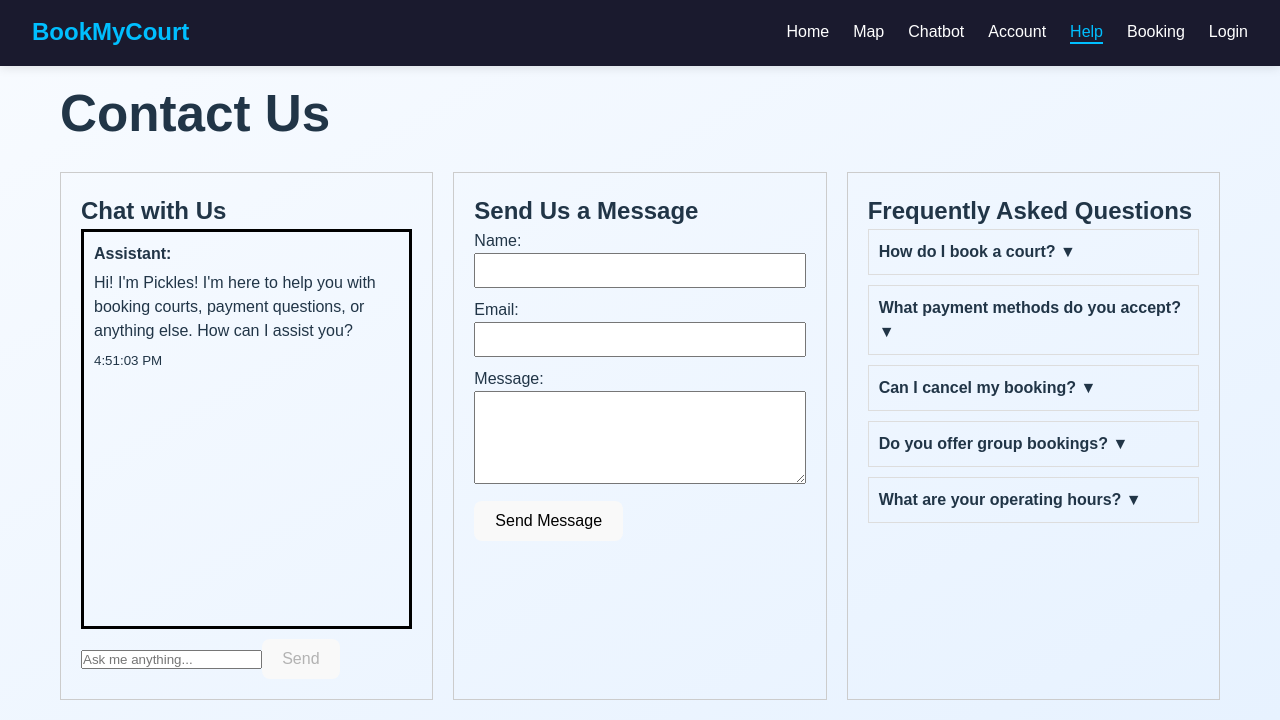
Repository: beyondparthiv/webdev-finalproject-bookmycourt
Page: /help (app in client/)
An editor plug-in stored every save of this project. The page is shown before and after the next save, followed by the edit.
The browser window is 1280 px wide. The pictures show the whole page.
The page's requests for data from a server got no answer. The project was rebuilt for these pictures with package versions that can differ from the ones it lists, and the page was loaded fresh each time. No one was signed in, and anything a server would have sent is missing. Also part of the build but not shown: client/vite.config.ts, client/src/pages/Home.tsx, client/src/pages/Booking.css, client/src/pages/Booking.tsx, client/src/pages/Account.tsx, client/src/pages/Login.tsx, client/src/pages/Map.tsx.

Above is the page before, as saved 2025-12-01 16:28:43.

### client/src/App.tsx
import { BrowserRouter as Router, Routes, Route } from "react-router-dom";
import Navbar from "./components/Navbar";
import Home from "./pages/Home";
import Booking from "./pages/Booking";
import Account from "./pages/Account";
import Login from "./pages/Login";
import Map from "./pages/Map";
import "./index.css";
import { Contact } from "./pages/Chatbot+Contact/Contact";

function App() {
  return (
    <Router>
      <Navbar />
      <Routes>
        <Route path="/" element={<Home />} />
        <Route path="/booking" element={<Booking />} />
        <Route path="/account" element={<Account />} />
        <Route path="/help" element={<Contact />} />
        <Route path="/login" element={<Login />} />
        <Route path="/map" element={<Map />} />
      </Routes>
    </Router>
  );
}
export default App;

### client/src/components/Navbar.tsx
import React from "react";
import { Link, useLocation } from "react-router-dom";
import "./Navbar.css";

const Navbar: React.FC = () => {
  const location = useLocation();
  return (
    <nav className="navbar">
      <div className="logo">BookMyCourt</div>
      <ul>
        <li className={location.pathname === "/" ? "active" : ""}><Link to="/">Home</Link></li>
        <li className={location.pathname === "/map" ? "active" : ""}><Link to="/map">Map</Link></li>
        <li className={location.pathname === "/chatbot" ? "active" : ""}><Link to="/chatbot">Chatbot</Link></li>
        <li className={location.pathname === "/account" ? "active" : ""}><Link to="/account">Account</Link></li>
        <li className={location.pathname === "/help" ? "active" : ""}><Link to="/contact">Help</Link></li>
        <li className={location.pathname === "/booking" ? "active" : ""}><Link to="/booking">Booking</Link></li>
        <li className={location.pathname === "/login" ? "active" : ""}><Link to="/login">Login</Link></li>
      </ul>
    </nav>
  );
};
export default Navbar;

### client/src/pages/Chatbot+Contact/Contact.tsx
import React, { useEffect, useState } from 'react';
import { Chatbot } from './Chatbot';
import { ContactForm } from './ContactForm';
import { FAQ } from './FAQ';

// Import at the top of the file
class GeminiService {
  private baseURL = 'https://generativelanguage.googleapis.com/v1beta/models';
  private apiKey: string;

  constructor(apiKey: string) {
    this.apiKey = apiKey;
  }

  async getChatResponse(userMessage: string, conversationHistory: any[]): Promise<string> {
    const url = `${this.baseURL}/gemini-2.0-flash-lite:generateContent?key=${this.apiKey}`;

    const recentHistory = conversationHistory
      .slice(-5)
      .map(msg => `${msg.role}: ${msg.content}`)
      .join('\n');

    const prompt = `You are a helpful chatbot for a pickleball court booking website.

IMPORTANT PAGES AND INFO:
- Homepage: Click "Book My Court" button to book courts
- Payment: We accept Visa, Mastercard, Apple Pay, and PayPal
- Rules Page: Has pickleball rules and guidelines
- About Page: Information about our facility
- Contact Page: Contact information and location

When users ask about:
- Booking → Tell them to go to the homepage and click "Book My Court"
- Payment → List the payment methods we accept (Visa, Mastercard, Apple Pay, PayPal)
- Rules → Tell them to visit the Rules page
- Hours/Location → Tell them to check the Contact page
- General info → Tell them to check the About page

Be conversational, friendly, and helpful. Keep responses concise (2-3 sentences max).

${recentHistory ? `Previous conversation:\n${recentHistory}\n` : ''}

User: ${userMessage}

Response (be helpful and concise):`;

    const requestBody = {
      contents: [{
        parts: [{ text: prompt }]
      }]
    };

    try {
      const response = await fetch(url, {
        method: 'POST',
        headers: {
          'Content-Type': 'application/json',
        },
        body: JSON.stringify(requestBody)
      });

      if (!response.ok) {
        throw new Error(`API error: ${response.status}`);
      }

      const data = await response.json();
      const aiResponse = data.candidates?.[0]?.content?.parts?.[0]?.text;

      if (!aiResponse) {
        throw new Error('No response from AI');
      }

      return aiResponse;
    } catch (error) {
      console.error('Gemini API Error:', error);
      throw error;
    }
  }
}

export const Contact: React.FC = () => {
  const [geminiService, setGeminiService] = useState<GeminiService | null>(null);

  useEffect(() => {
    // Initialize Gemini service with API key from .env
    const apiKey = import.meta.env.VITE_GEMINI_API_KEY || '';
    console.log('API Key loaded:', apiKey ? 'Yes (length: ' + apiKey.length + ')' : 'No');

    setGeminiService(new GeminiService(apiKey));
  }, []);

  if (!geminiService) {
    return <div>Loading...</div>;
  }

  return (
    <div style={{ padding: '20px', maxWidth: '1200px', margin: '0 auto' }}>
      <h1>Contact Us</h1>

      {/* Three column layout */}
      <div style={{ display: 'grid', gridTemplateColumns: '1fr 1fr 1fr', gap: '20px', marginTop: '30px' }}>

        {/* Chatbot */}
        <div style={{ border: '1px solid #ccc', padding: '20px' }}>
          <Chatbot geminiService={geminiService} />
        </div>

        {/* Contact Form */}
        <div style={{ border: '1px solid #ccc', padding: '20px' }}>
          <ContactForm />
        </div>

        {/* FAQ */}
        <div style={{ border: '1px solid #ccc', padding: '20px' }}>
          <FAQ />
        </div>

      </div>
    </div>
  );
};

### client/src/components/Navbar.css
.navbar {
  display: flex;
  justify-content: space-between;
  align-items: center;
  background-color: #1a1a2e;
  color: #fff;
  padding: 1rem 2rem;
}
.navbar .logo {
  font-weight: 700;
  color: #00bfff;
  font-size: 1.5rem;
}
.navbar ul {
  display: flex;
  list-style: none;
  gap: 1.5rem;
}
.navbar a {
  text-decoration: none;
  color: #fff;
  font-weight: 500;
}
.navbar .active a,
.navbar a:hover {
  color: #00bfff;
  border-bottom: 2px solid #00bfff;
  padding-bottom: 2px;
}

### client/src/pages/Home.css
/* Reset defaults */
* {
  margin: 0;
  padding: 0;
  box-sizing: border-box;
}

/* Body fills entire screen */
body,
html,
#root {
  width: 100%;
  height: 100%;
  font-family: 'Poppins', sans-serif;
  background: linear-gradient(to bottom right, #f8fbff, #e7f2ff);
  overflow-x: hidden;
}

/* Navbar styling */
nav {
  width: 100%;
  background-color: #111827;
  padding: 1rem 2rem;
  display: flex;
  justify-content: space-between;
  align-items: center;
  box-shadow: 0px 2px 10px rgba(0, 0, 0, 0.1);
}

/* Ensure main app container takes full width */
.app-container {
  width: 100%;
  min-height: calc(100vh - 80px);
  display: flex;
  flex-direction: column;
  align-items: center;
  justify-content: center;
  text-align: center;
}

/* Home page section */
.home-container {
  width: 100%;
  min-height: calc(100vh - 80px);
  display: flex;
  flex-direction: column;
  justify-content: center;
  align-items: center;
  background: linear-gradient(to bottom right, #eef5ff, #dbeafe);
  padding: 2rem;
  text-align: center;
}

/* Headings and text */
.home-container h1 {
  font-size: 3rem;
  font-weight: 700;
  color: #1e293b;
  margin-bottom: 1rem;
}

.home-container h1 span {
  color: #007bff;
}

.home-container p {
  font-size: 1.2rem;
  color: #475569;
  margin-bottom: 2rem;
}

/* Button */
.home-container button {
  background-color: #007bff;
  color: white;
  border: none;
  padding: 0.8rem 2rem;
  border-radius: 8px;
  font-size: 1rem;
  cursor: pointer;
  transition: all 0.3s ease;
}

.home-container button:hover {
  background-color: #0056b3;
  transform: translateY(-2px);
}

/* Responsive */
@media (max-width: 768px) {
  .home-container h1 {
    font-size: 2.2rem;
  }

  .home-container p {
    font-size: 1rem;
  }

  .home-container button {
    padding: 0.7rem 1.5rem;
  }
}

### client/src/pages/Chatbot+Contact/Chatbot.tsx
import React, { useState, useRef, useEffect } from 'react';

export interface ChatMessage {
  role: 'user' | 'assistant';
  content: string;
  timestamp: Date;
}
interface ChatbotProps {
  geminiService: any; //GeminiService from GeminiClient.ts
}

export const Chatbot: React.FC<ChatbotProps> = ({ geminiService }) => {
  const [messages, setMessages] = useState<ChatMessage[]>([
    {
      role: 'assistant',
      content: 'Hi! I\'m Pickles! I\'m here to help you with booking courts, payment questions, or anything else. How can I assist you?',
      timestamp: new Date()
    }
  ]);
  const [inputValue, setInputValue] = useState('');
  const [isLoading, setIsLoading] = useState(false);
  const messagesEndRef = useRef<HTMLDivElement>(null);

  // Auto-scroll to latest message
  const scrollToBottom = () => {
    messagesEndRef.current?.scrollIntoView({ behavior: 'smooth' });
  };

  useEffect(() => {
    scrollToBottom();
  }, [messages]);

  const handleSend = async () => {
    if (!inputValue.trim() || isLoading) return;

    // Add message from user
    const userMessage: ChatMessage = {
      role: 'user',
      content: inputValue,
      timestamp: new Date()
    };

    setMessages(prev => [...prev, userMessage]);
    setInputValue('');
    setIsLoading(true);

    try {
      // Call Gemini API
      const response = await geminiService.getChatResponse(inputValue, messages);

      // Add assistant response
      const assistantMessage: ChatMessage = {
        role: 'assistant',
        content: response,
        timestamp: new Date()
      };

      setMessages(prev => [...prev, assistantMessage]);
    } catch (error) {
      console.error('Error getting chat response:', error);
      const errorMessage: ChatMessage = {
        role: 'assistant',
        content: 'Sorry, I encountered an error. Please try again.',
        timestamp: new Date()
      };
      setMessages(prev => [...prev, errorMessage]);
    } finally {
      setIsLoading(false);
    }
  };

  const handleKeyPress = (e: React.KeyboardEvent) => {
    if (e.key === 'Enter' && !e.shiftKey) {
      e.preventDefault();
      handleSend();
    }
  };

  return (
    <div>
      <h2>Chat with Us</h2>

      <div style={{ border: '3px solid black', height: '400px', padding: '10px' }}>
        {messages.map((message, index) => (
          <div key={index} style={{ marginBottom: '10px', textAlign: message.role === 'user' ? 'right' : 'left' }}>
            <div>
              <strong>{message.role === 'user' ? 'You' : 'Assistant'}:</strong>
              <p style={{ margin: '5px 0' }}>{message.content}</p>
              <small>{message.timestamp.toLocaleTimeString()}</small>
            </div>
          </div>
        ))}
        {isLoading && (
          <div style={{ marginBottom: '10px', textAlign: 'left' }}>
            <em>Pickles is thinking...</em>
          </div>
        )}
        <div ref={messagesEndRef} />
      </div>

      <div style={{ marginTop: '10px' }}>
        <input
          type="text"
          value={inputValue}
          onChange={(e) => setInputValue(e.target.value)}
          placeholder="Ask me anything..."
          disabled={isLoading}
        />
        <button
          onClick={handleSend}
          disabled={isLoading || !inputValue.trim()} //trimming ending whitespaces
        >
          Send
        </button>
      </div>
    </div>
  );
};

### client/src/pages/Chatbot+Contact/ContactForm.tsx
import React, { useState } from 'react';

export const ContactForm: React.FC = () => {
  const [name, setName] = useState('');
  const [email, setEmail] = useState('');
  const [message, setMessage] = useState('');
  const [showPopup, setShowPopup] = useState(false);

  const handleSubmit = (e: React.FormEvent) => {
    e.preventDefault();

    // Show popup instead of actually sending email
    setShowPopup(true);

    // Clear form
    setName('');
    setEmail('');
    setMessage('');

    // Hide popup after 5 seconds
    setTimeout(() => {
      setShowPopup(false);
    }, 5000);
  };

  return (
    <div>
      <h2>Send Us a Message</h2>

      {showPopup && (
        <div style={{
          background: '#d4edda',
          border: '1px solid #c3e6cb',
          padding: '15px',
          marginBottom: '20px',
          borderRadius: '5px'
        }}>
          <strong>Message sent!</strong> We will respond soon. In the meantime, check out our FAQs or ask the chatbot for additional help!
        </div>
      )}

      <form onSubmit={handleSubmit}>
        <div style={{ marginBottom: '10px' }}>
          <label>Name:</label><br />
          <input
            type="text"
            value={name}
            onChange={(e) => setName(e.target.value)}
            required
            style={{ width: '100%', padding: '8px' }}
          />
        </div>

        <div style={{ marginBottom: '10px' }}>
          <label>Email:</label><br />
          <input
            type="email"
            value={email}
            onChange={(e) => setEmail(e.target.value)}
            required
            style={{ width: '100%', padding: '8px' }}
          />
        </div>

        <div style={{ marginBottom: '10px' }}>
          <label>Message:</label><br />
          <textarea
            value={message}
            onChange={(e) => setMessage(e.target.value)}
            required
            rows={5}
            style={{ width: '100%', padding: '8px' }}
          />
        </div>

        <button type="submit" style={{ padding: '10px 20px' }}>
          Send Message
        </button>
      </form>
    </div>
  );
};

### client/src/pages/Chatbot+Contact/FAQ.tsx
import React, { useState } from 'react';

interface FAQItem {
  question: string;
  answer: string;
}

export const FAQ: React.FC = () => {
  const [openIndex, setOpenIndex] = useState<number | null>(null);

  const faqs: FAQItem[] = [
    {
      question: "How do I book a court?",
      answer: "Go to the homepage and click the 'Book My Court' button. You'll be able to see available time slots and make a reservation."
    },
    {
      question: "What payment methods do you accept?",
      answer: "We accept Visa, Mastercard, Apple Pay, and PayPal."
    },
    {
      question: "Can I cancel my booking?",
      answer: "Yes! You can cancel up to 24 hours before your booking time for a full refund."
    },
    {
      question: "Do you offer group bookings?",
      answer: "Absolutely! Contact us for group rates and special event bookings."
    },
    {
      question: "What are your operating hours?",
      answer: "We're open 7 days a week from 6am to 10pm."
    }
  ];

  const toggleFAQ = (index: number) => {
    setOpenIndex(openIndex === index ? null : index);
  };

  return (
    <div>
      <h2>Frequently Asked Questions</h2>

      {faqs.map((faq, index) => (
        <div key={index} style={{ marginBottom: '10px', border: '1px solid #ddd', padding: '10px' }}>
          <div
            onClick={() => toggleFAQ(index)}
            style={{ cursor: 'pointer', fontWeight: 'bold' }}
          >
            {faq.question} {openIndex === index ? '▲' : '▼'}
          </div>

          {openIndex === index && (
            <div style={{ marginTop: '10px', paddingLeft: '10px' }}>
              {faq.answer}
            </div>
          )}
        </div>
      ))}
    </div>
  );
};

Loaded but not shown: client/index.html (common file); client/src/main.tsx (common file); client/src/index.css (common file)

After the next save:
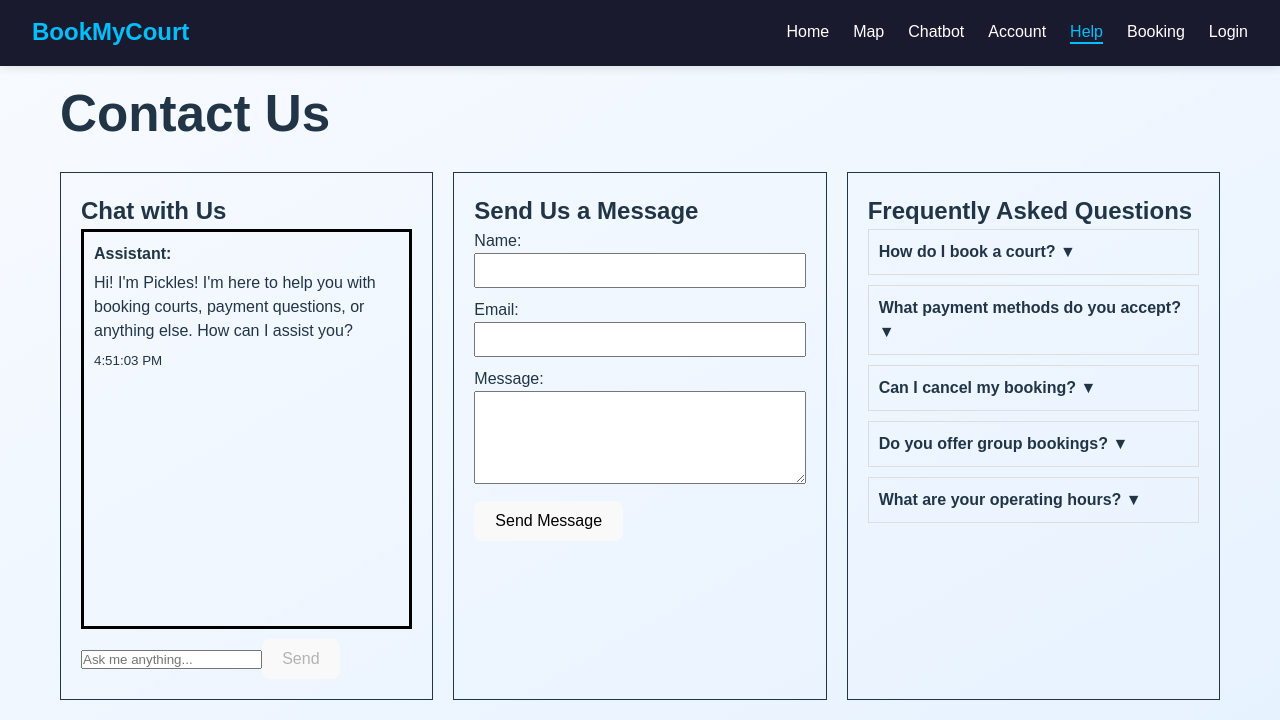
Saved 2 min 17 s later.
--- a/client/src/pages/Chatbot+Contact/Contact.tsx
+++ b/client/src/pages/Chatbot+Contact/Contact.tsx
@@ -82,9 +82,9 @@ export const Contact: React.FC = () => {
   const [geminiService, setGeminiService] = useState<GeminiService | null>(null);
 
   useEffect(() => {
-    // Initialize Gemini service with API key from .env
+    // Initialize Gemini service with API key from .env to access AI Bot
     const apiKey = import.meta.env.VITE_GEMINI_API_KEY || '';
-    console.log('API Key loaded:', apiKey ? 'Yes (length: ' + apiKey.length + ')' : 'No');
+    console.log('API Key loaded:', apiKey ? 'Yes' : 'No');
 
     setGeminiService(new GeminiService(apiKey));
   }, []);
@@ -97,21 +97,20 @@ export const Contact: React.FC = () => {
     <div style={{ padding: '20px', maxWidth: '1200px', margin: '0 auto' }}>
       <h1>Contact Us</h1>
 
-      {/* Three column layout */}
       <div style={{ display: 'grid', gridTemplateColumns: '1fr 1fr 1fr', gap: '20px', marginTop: '30px' }}>
 
-        {/* Chatbot */}
-        <div style={{ border: '1px solid #ccc', padding: '20px' }}>
+       {/*Chatbot*/}
+        <div style={{ border: '1px solid', padding: '20px' }}>
           <Chatbot geminiService={geminiService} />
         </div>
 
         {/* Contact Form */}
-        <div style={{ border: '1px solid #ccc', padding: '20px' }}>
+        <div style={{ border: '1px solid', padding: '20px' }}>
           <ContactForm />
         </div>
 
         {/* FAQ */}
-        <div style={{ border: '1px solid #ccc', padding: '20px' }}>
+        <div style={{ border: '1px solid', padding: '20px' }}>
           <FAQ />
         </div>
 
